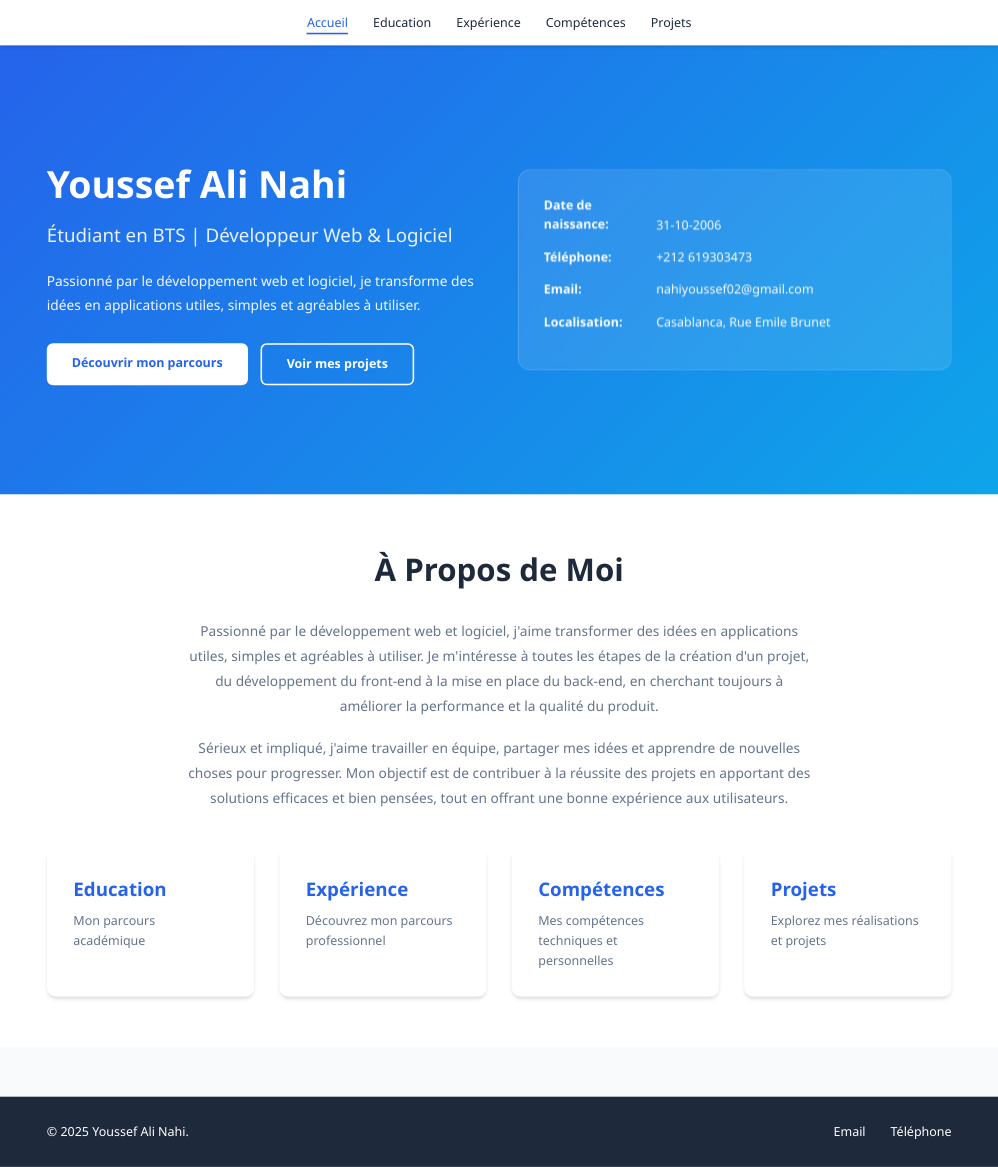
Repository: Youssef-Nahi504/My_Portfolio
Page: index.html
The author's editor kept a copy of each file at every save. The page is drawn from the files as they stood at one save, then again after a run of saves.
The browser window is 1280 px wide. The pictures show the whole page, at 78% of full size.

Above is the page before, as saved 2025-12-21 13:22:37.

After the next 2 saves:
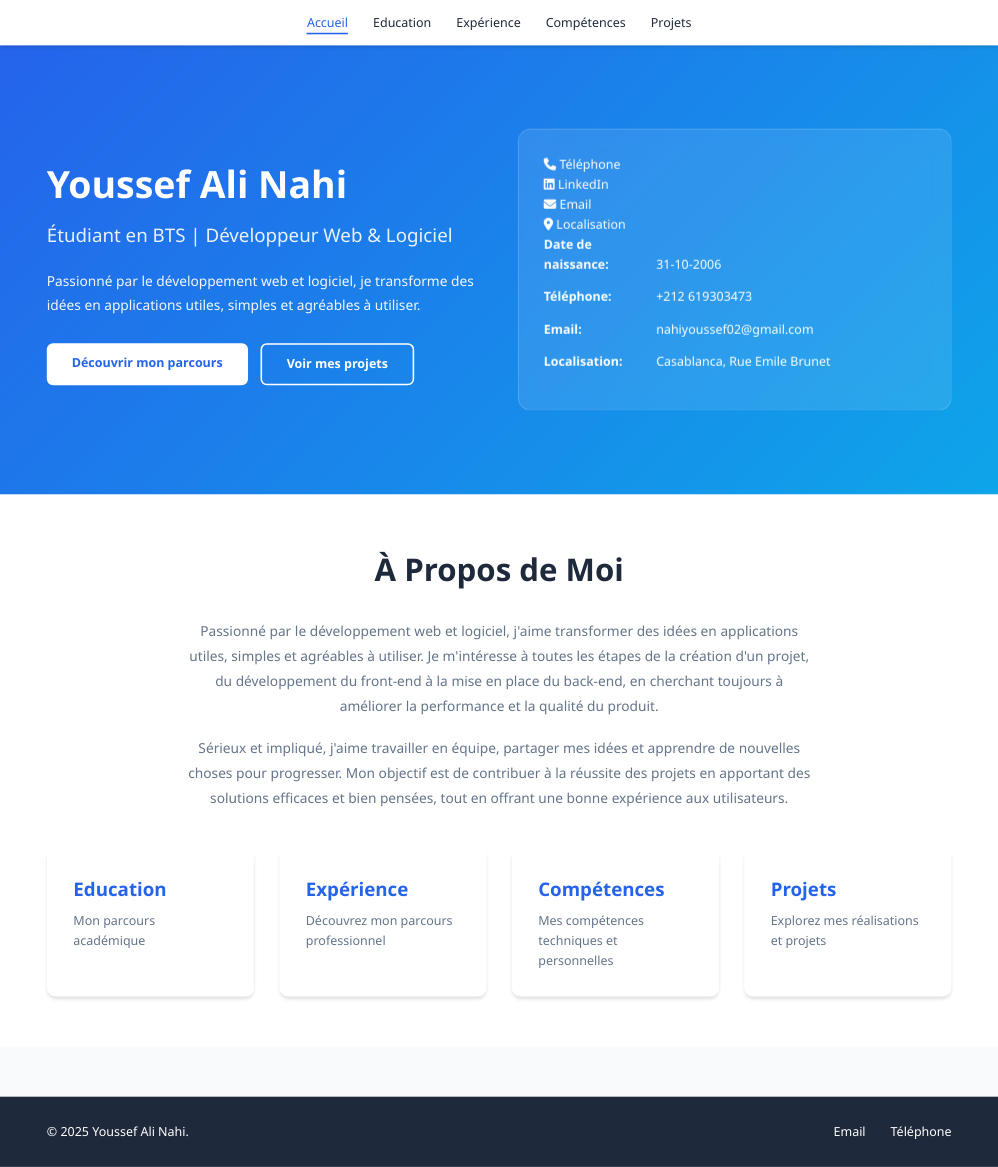
The 2 saves are shown as one change because they came seconds apart.
The last was saved 17 s later.
--- a/index.html
+++ b/index.html
@@ -1,5 +1,6 @@
 <!DOCTYPE html>
 <html lang="fr">
+
 <head>
     <meta charset="UTF-8">
     <meta name="viewport" content="width=device-width, initial-scale=1.0">
@@ -7,6 +8,7 @@
     <link rel="stylesheet" href="style.css">
     <link rel="stylesheet" href="https://cdnjs.cloudflare.com/ajax/libs/font-awesome/6.5.1/css/all.min.css">
 </head>
+
 <body>
     <nav class="navbar">
         <div class="nav-container">
@@ -26,7 +28,8 @@
                 <div class="hero-text">
                     <h1>Youssef Ali Nahi</h1>
                     <h2>Étudiant en BTS | Développeur Web & Logiciel</h2>
-                    <p class="hero-subtitle">Passionné par le développement web et logiciel, je transforme des idées en applications utiles, simples et agréables à utiliser.</p>
+                    <p class="hero-subtitle">Passionné par le développement web et logiciel, je transforme des idées en
+                        applications utiles, simples et agréables à utiliser.</p>
                     <div class="hero-buttons">
                         <a href="experience.html" class="btn btn-primary">Découvrir mon parcours</a>
                         <a href="projets.html" class="btn btn-secondary">Voir mes projets</a>
@@ -35,6 +38,10 @@
                 <div class="hero-image">
                     <div class="profile-card">
                         <div class="profile-info">
+                            <i class="fa-solid fa-phone"></i> Téléphone<br>
+                            <i class="fa-brands fa-linkedin"></i> LinkedIn<br>
+                            <i class="fa-solid fa-envelope"></i> Email<br>
+                            <i class="fa-solid fa-location-dot"></i> Localisation
                             <p><strong>Date de naissance:</strong> 31-10-2006</p>
                             <p><strong>Téléphone:</strong> +212 619303473</p>
                             <p><strong>Email:</strong> nahiyoussef02@gmail.com</p>
@@ -50,10 +57,15 @@
                 <h2 class="section-title">À Propos de Moi</h2>
                 <div class="about-content">
                     <p>
-                        Passionné par le développement web et logiciel, j'aime transformer des idées en applications utiles, simples et agréables à utiliser. Je m'intéresse à toutes les étapes de la création d'un projet, du développement du front-end à la mise en place du back-end, en cherchant toujours à améliorer la performance et la qualité du produit.
+                        Passionné par le développement web et logiciel, j'aime transformer des idées en applications
+                        utiles, simples et agréables à utiliser. Je m'intéresse à toutes les étapes de la création d'un
+                        projet, du développement du front-end à la mise en place du back-end, en cherchant toujours à
+                        améliorer la performance et la qualité du produit.
                     </p>
                     <p>
-                        Sérieux et impliqué, j'aime travailler en équipe, partager mes idées et apprendre de nouvelles choses pour progresser. Mon objectif est de contribuer à la réussite des projets en apportant des solutions efficaces et bien pensées, tout en offrant une bonne expérience aux utilisateurs.
+                        Sérieux et impliqué, j'aime travailler en équipe, partager mes idées et apprendre de nouvelles
+                        choses pour progresser. Mon objectif est de contribuer à la réussite des projets en apportant
+                        des solutions efficaces et bien pensées, tout en offrant une bonne expérience aux utilisateurs.
                     </p>
                 </div>
                 <div class="quick-links">
@@ -91,4 +103,5 @@
 
     <script src="file.js"></script>
 </body>
+
 </html>
